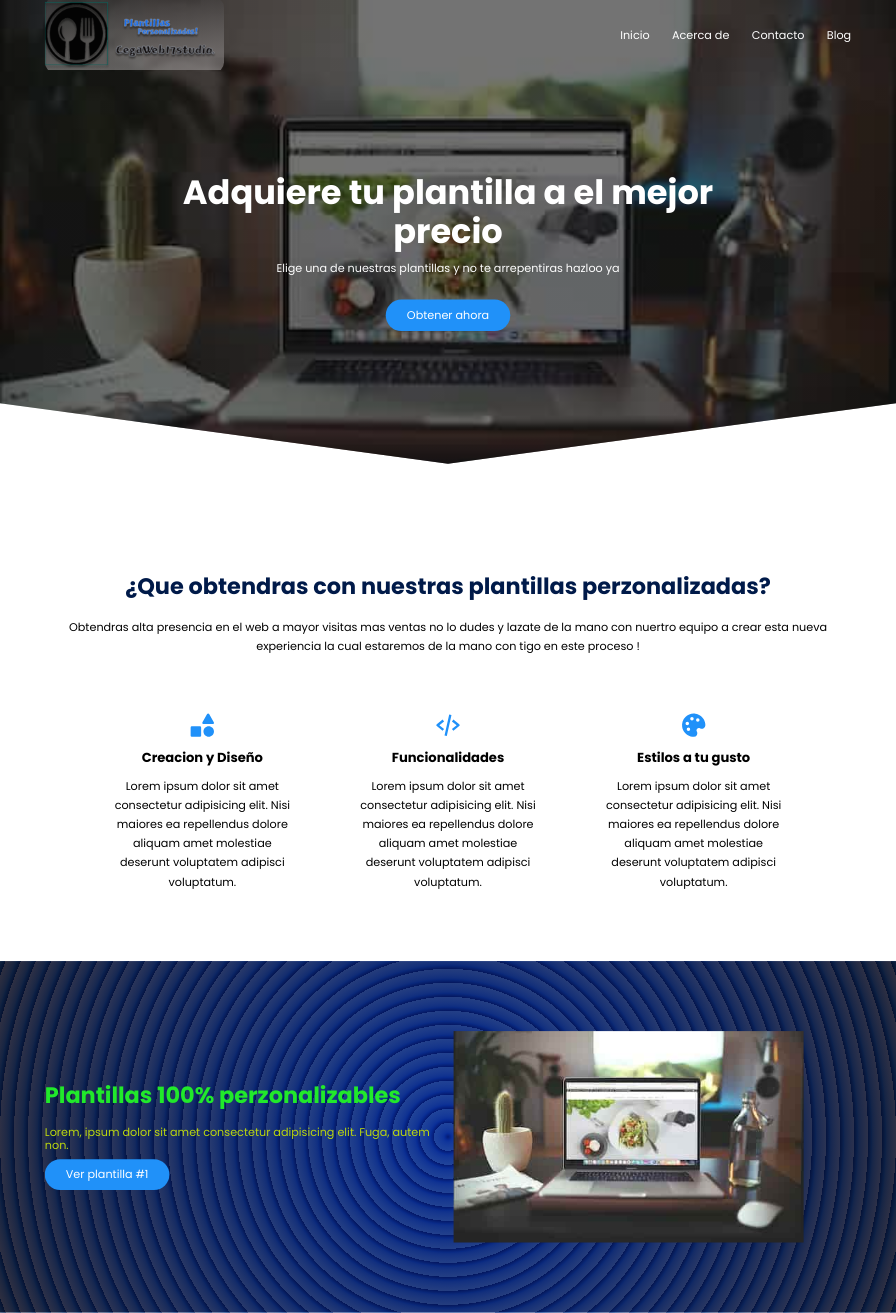
Repository: cega17/una-pagina-web
Page: index.html
An editor plug-in stored every save of this project. The page is shown before and after the next save, followed by the edit.
The browser window is 1280 px wide. The pictures show the whole page, at 70% of full size.

Above is the page before, as saved 2023-10-30 10:03:45.

### index.html
<!DOCTYPE html>
<html lang="en">
<head>
    <meta charset="UTF-8">
    <meta http-equiv="X-UA-Compatible" content="IE=edge">
    <meta name="viewport" content="width=device-width, initial-scale=1.0">
    <title>Una pagina web</title>
    <link rel="stylesheet" href="./css/normalize.css">
    <link rel="stylesheet" href="./css/styles.css">
    <link rel="icon" href="./imgs/logo.ico">
    <meta name="theme-color" content="#2091F9">

    <meta name="title" content="Obten la plantilla para tu negocio">
    <meta name="description"
        content="Hola, somos un equipo de desarrollo web que verás cuando busques algo de mi temática en Google.">
        <meta property="og:type" content="website">
    <meta property="og:url" content="Tu cueta donde este alojada la pagina web">

</head>
<body>

    <header class="hero">
        <nav class="nav container">
            <div class="nav__logo">
                <img src="./imgs/logo.ico" alt="" class="nav__title">
            </div>

            <ul class="nav__link nav__link--menu">
                <li class="nav__items">Inicio</li>
                <li class="nav__items">Acerca de</li>
                <li class="nav__items">Contacto</li>
                <li class="nav__items">Blog</li>

                <img src="./imgs/close.svg" alt="" class="nav__close">

            </ul>
            <div class="nav__menu">
                <img src="./imgs/menu.svg" alt="" class="nav__img">
            </div>
        </nav>

        <section class="hero__container container">
            <h1 class="hero__title">Adquiere tu plantilla a el mejor precio</h1>
            <p class="hero__paragraph">Elige una de nuestras plantillas y no te arrepentiras hazloo ya</p>
            <a href="#" class="cta">Obtener ahora</a>

        </section>

    </header>

    <main>

        <section class="container about">
            <h2 class="subtitle">¿Que obtendras con nuestras plantillas perzonalizadas?</h2>

            <p class="about__paragraph">Obtendras alta presencia en el web a mayor visitas mas ventas no lo dudes y lazate de la mano con nuertro equipo a crear esta nueva experiencia la cual estaremos de la mano con tigo en este proceso !
            </p>

            <div class="about__main">

                <article class="about__icons">
                    <img src="./imgs/shapes.svg" alt="" class="about__icon">
                    <h3 class="about__title">Creacion y Diseño</h3>
                    <p class="about__paragraph">Lorem ipsum dolor sit amet consectetur adipisicing elit. Nisi maiores ea repellendus dolore aliquam amet molestiae deserunt voluptatem adipisci voluptatum.</p>
                </article>

                <article class="about__icons">
                    <img src="./imgs/code.svg" alt="" class="about__icon">
                    <h3 class="about__title">Funcionalidades</h3>
                    <p class="about__paragraph">Lorem ipsum dolor sit amet consectetur adipisicing elit. Nisi maiores ea repellendus dolore aliquam amet molestiae deserunt voluptatem adipisci voluptatum.</p>
                </article>

                <article class="about__icons">
                    <img src="./imgs/paint.svg" alt="" class="about__icon">
                    <h3 class="about__title">Estilos a tu gusto </h3>
                    <p class="about__paragraph">Lorem ipsum dolor sit amet consectetur adipisicing elit. Nisi maiores ea repellendus dolore aliquam amet molestiae deserunt voluptatem adipisci voluptatum.</p>
                </article>

            </div>
        </section>

        <section class="knowledge">
            <div class="knowledge__container container">
                <div class="knowledge__texts">
                    <h2 class="subtitle__knowledge">Plantillas 100% perzonalizables</h2>
                    <p class="knowledge__paragraph2">Lorem, ipsum dolor sit amet consectetur adipisicing elit. Fuga, autem non.</p>
                    <a href="" class="cta">Ver plantilla #1</a>
                </div>
                <figure class="knowledge__picture">
                    <img src="./imgs/fondo-una-pagina.jpg" class="knowledge__img" alt="">
                </figure>
            </div>
        </section>


    </main>

</body>
</html>

### css/styles.css
@import url('https://fonts.googleapis.com/css2?family=Poppins:wght@300;400;600;700&display=swap');

:root {
    --padding-container: 100px 0;
    --color-title: #001A49;
}

body {
    font-family: 'Poppins', sans-serif;
}
.container{
    width: 90%;
    max-width: 1200px;
    margin: 0 auto;
    overflow: hidden;
    padding: var(--padding-container);
}

.hero{

    width: 100%;
    height: 100vh;
    min-height: 600px;
    max-height: 800px;
    position: relative;
    display: grid;
    grid-template-rows: 100px 1fr;
    color: #fff;
}

.hero::before{
    content: "";
    position: absolute;
    top: 0;
    left: 0;
    width: 100%;
    height: 100%;
    background-image: linear-gradient(180deg, #0000008c 0%, #0000008c 100%), url('../imgs/fondo-una-pagina.jpg');
    background-size: cover;
    clip-path: polygon(0 0, 100% 0, 100% 80%, 50% 92%, 0 80%);
    z-index: -1;
}

/* Inicio de nav*/

.nav{
    --padding-container:0;
    height: 100%;
    display:flex;
    align-items: center;
}
.nav__title{
    font-weight: 300;
}

.nav__link{
    margin-left: auto;
    padding: 0;
    display: grid;
    grid-auto-flow: column;
    grid-auto-columns: max-content;
    gap: 2em;
}
.nav__items{
    list-style: none;
}
.nav__links{
    color:#fff;
    text-decoration: none;
}
.nav__menu{
    margin-left: auto;
    cursor: pointer;
    display:none;
}
.nav__img{
    display: block;
    width: 30px;
}
.nav__close{
    display: var(--show, none);
}

/* fin de nav */

/* Inicio hero container */

.hero__container{
    max-width: 800px;
    --padding-container:0;
    display: grid;
    grid-auto-rows: max-content;
    align-content: center;
    gap: 1em;
    padding-bottom: 100px;
    text-align: center;
}
.nav__logo{
    background:linear-gradient(180deg, #4441418c 0%, #aeaaaa84 100%);
    border-radius:15px;


}
.hero__title{
    font-size: 3rem;

}
.hero__paragraph{
    margin-bottom: 20px;

}
.cta{
    display: inline-block;
    background-color: #2091f9;
    justify-self: center;
    color:#fff;
    text-decoration: none;
    padding:13px 30px ;
    border-radius: 32px;
    align-items: center;
}
.cta:hover{
    display: inline-block;
    background-color: #d4d5d6;
    justify-self: center;
    color:#f406bd;
    text-decoration: none;
    padding:13px 30px ;
    border-radius: 32px;
}

/* Inicio about */

.about{
    text-align: center;
}
.subtitle{
    color: var( --color-title);
    font-size: 2rem;
    margin-bottom: 25px;
}
.about__paragraph{
    line-height: 1.7;
}
.about__main{
    padding-top: 80px;
    display: grid;
    width: 90%;
    margin: 0 auto;
    gap: 1em;
    overflow: hidden;
    grid-template-columns: repeat(auto-fit, minmax(260px, auto));
}
.about__icons{
    display: grid;
    gap: 1em;
    justify-items: center;
    width: 260px;
    overflow: hidden;
    margin: 0 auto;
}
.about__icon{
    width: 40px;
}

/* Fin about */

/* Inicio knowledge */

.knowledge{
    background-color: #8383a1;
    background-image: radial-gradient(circle at center center, #3d86fc, #5a5a63), repeating-radial-gradient(circle at center center, #1e5fba, #44a9f7, 10px, transparent 20px, transparent 10px);
    background-blend-mode: multiply;
    overflow: hidden;
}

.knowledge__container{
    display: grid;
    grid-template-columns: 1fr 1fr;
    gap: 1em;
    align-items:center;


}
.subtitle__knowledge{
    color: rgb(33, 233, 43);

    font-size: 2rem;
    margin-bottom: 25px;
}
.knowledge__paragraph2{
    color: rgb(189, 216, 14);
    padding-bottom: 10px;
}
.knowledge__picture{
    max-width: 500px;
}
.knowledge__img{
    width: 100%;
    display: block;
}

### imgs/close.svg
<svg xmlns="http://www.w3.org/2000/svg" width="24" height="24" viewBox="0 0 24 24" style="fill: #fff);transform: ;msFilter:;"><path d="M12 2C6.486 2 2 6.486 2 12s4.486 10 10 10 10-4.486 10-10S17.514 2 12 2zm4.207 12.793-1.414 1.414L12 13.414l-2.793 2.793-1.414-1.414L10.586 12 7.793 9.207l1.414-1.414L12 10.586l2.793-2.793 1.414 1.414L13.414 12l2.793 2.793z"></path></svg>

### imgs/menu.svg
<svg xmlns="http://www.w3.org/2000/svg" width="24" height="24" viewBox="0 0 24 24" style="fill: #fff);transform: ;msFilter:;"><path d="M4 6h16v2H4zm4 5h12v2H8zm5 5h7v2h-7z"></path></svg>

### imgs/shapes.svg
<svg xmlns="http://www.w3.org/2000/svg" width="24" height="24" viewBox="0 0 24 24" style="fill: #2091f9;transform: ;msFilter:;"><path d="M17.867 2.504c-.355-.624-1.381-.623-1.736 0l-3.999 7A1 1 0 0 0 13 11h8a1.001 1.001 0 0 0 .868-1.496l-4.001-7zM3 22h7a1 1 0 0 0 1-1v-7a1 1 0 0 0-1-1H3a1 1 0 0 0-1 1v7a1 1 0 0 0 1 1zm14.5-9c-2.481 0-4.5 2.019-4.5 4.5s2.019 4.5 4.5 4.5 4.5-2.019 4.5-4.5-2.019-4.5-4.5-4.5z"></path></svg>

### imgs/code.svg
<svg xmlns="http://www.w3.org/2000/svg" width="24" height="24" viewBox="0 0 24 24" style="fill:  #2091f9;transform: ;msFilter:;"><path d="m7.375 16.781 1.25-1.562L4.601 12l4.024-3.219-1.25-1.562-5 4a1 1 0 0 0 0 1.562l5 4zm9.25-9.562-1.25 1.562L19.399 12l-4.024 3.219 1.25 1.562 5-4a1 1 0 0 0 0-1.562l-5-4zm-1.649-4.003-4 18-1.953-.434 4-18z"></path></svg>

### imgs/paint.svg
<svg xmlns="http://www.w3.org/2000/svg" width="24" height="24" viewBox="0 0 24 24" style="fill:  #2091f9;transform: ;msFilter:;"><path d="M9.38 21.646A9.985 9.985 0 0 0 12 22l.141-.001a2.998 2.998 0 0 0 2.515-1.425c.542-.876.6-1.953.153-2.88l-.198-.415c-.453-.942-.097-1.796.388-2.281.485-.485 1.341-.841 2.28-.388h.001l.413.199a2.99 2.99 0 0 0 2.881-.153A2.997 2.997 0 0 0 22 12.141a9.926 9.926 0 0 0-.353-2.76c-1.038-3.827-4.353-6.754-8.246-7.285-3.149-.427-6.241.602-8.471 2.833S1.666 10.247 2.096 13.4c.53 3.894 3.458 7.208 7.284 8.246zM15.5 6a1.5 1.5 0 1 1 0 3 1.5 1.5 0 0 1 0-3zm-5-1a1.5 1.5 0 1 1 0 3 1.5 1.5 0 0 1 0-3zM9 15.506a1.5 1.5 0 1 1-3 0 1.5 1.5 0 0 1 3 0zm-2.5-6.5a1.5 1.5 0 1 1-.001 3.001A1.5 1.5 0 0 1 6.5 9.006z"></path></svg>

Loaded but not shown: css/normalize.css (library)

After the next save:
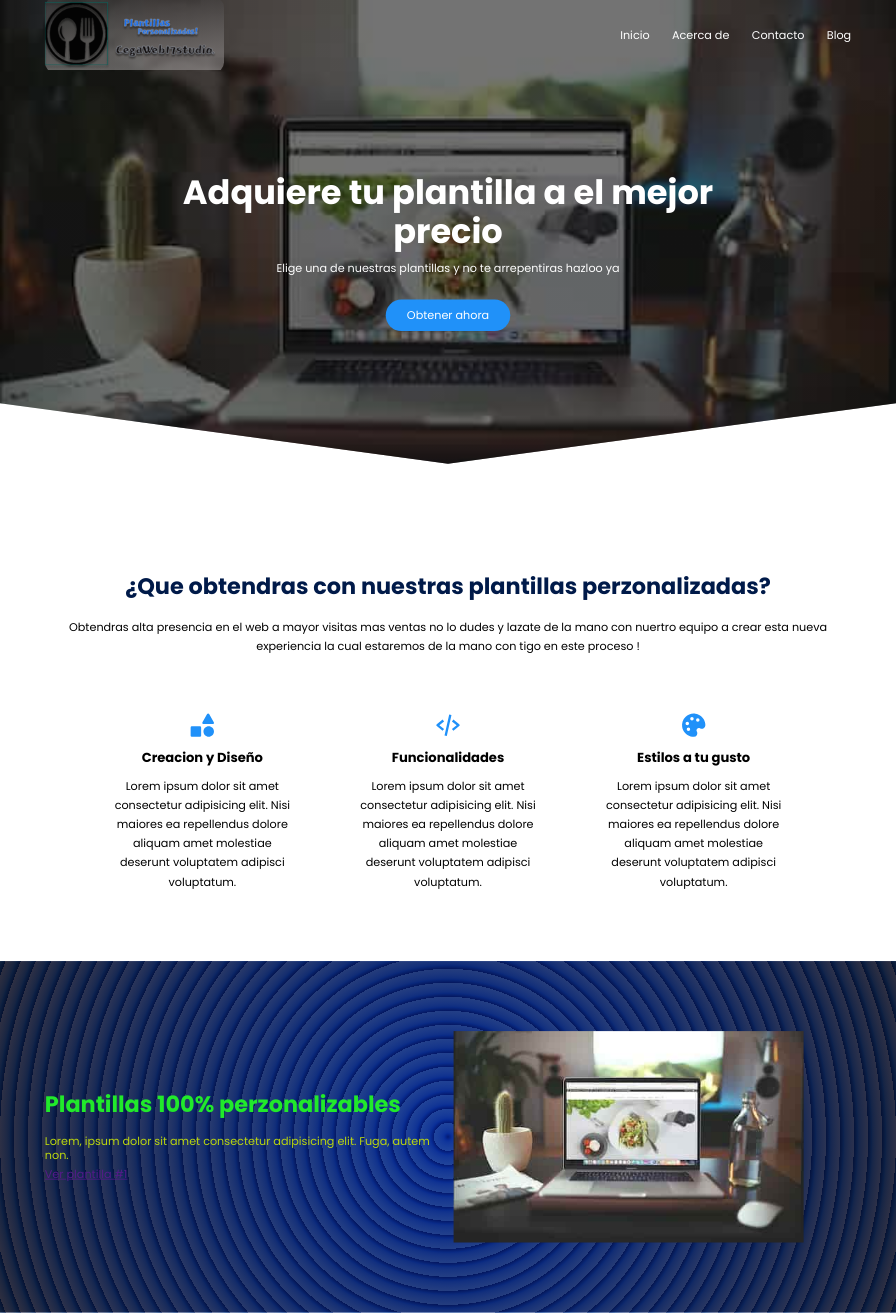
Saved 43 s later.
--- a/index.html
+++ b/index.html
@@ -84,7 +84,7 @@
                 <div class="knowledge__texts">
                     <h2 class="subtitle__knowledge">Plantillas 100% perzonalizables</h2>
                     <p class="knowledge__paragraph2">Lorem, ipsum dolor sit amet consectetur adipisicing elit. Fuga, autem non.</p>
-                    <a href="" class="cta">Ver plantilla #1</a>
+                    <a href="" class="cta__knowledge">Ver plantilla #1</a>
                 </div>
                 <figure class="knowledge__picture">
                     <img src="./imgs/fondo-una-pagina.jpg" class="knowledge__img" alt="">
